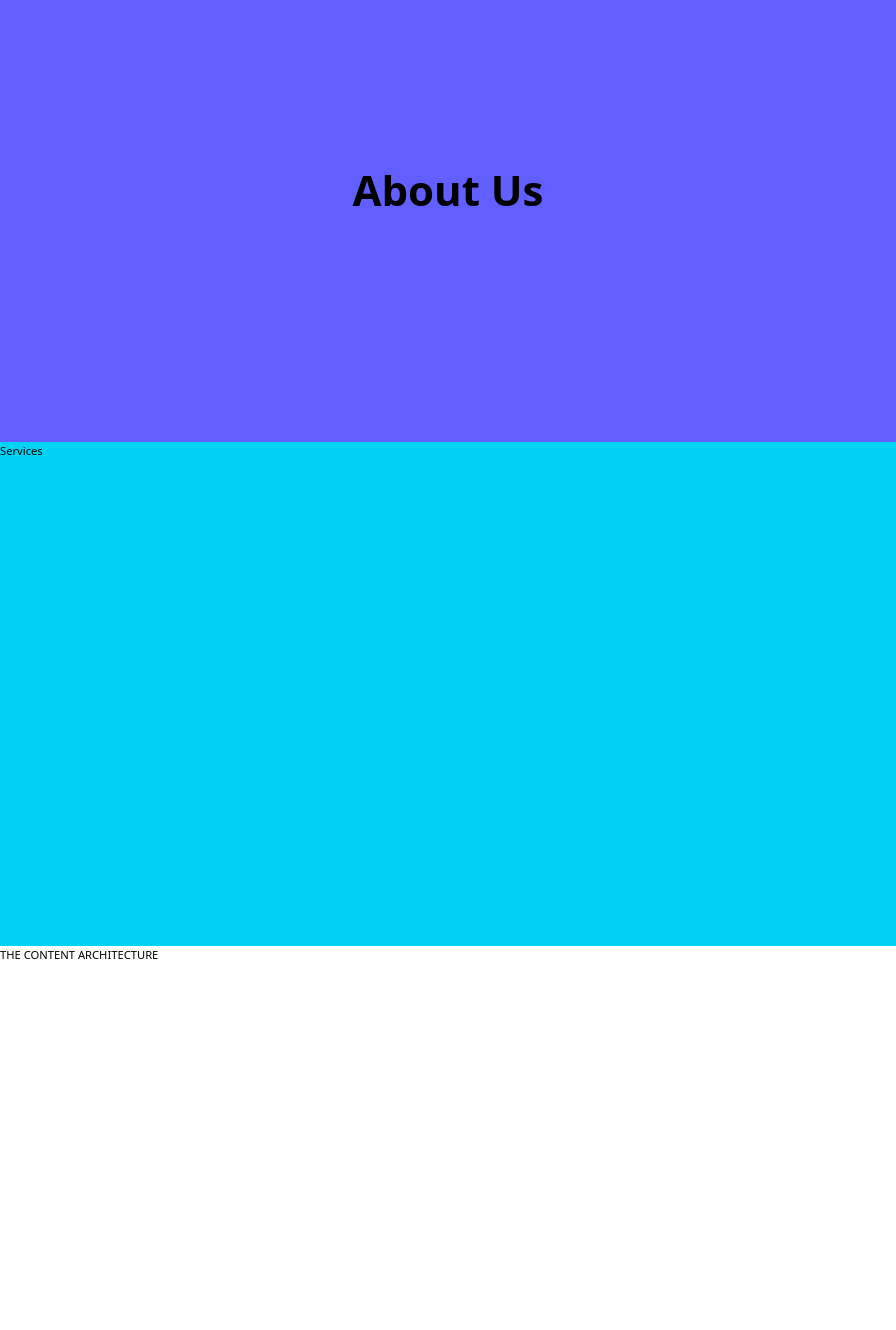
Repository: ajay-maurya-dev/Login
Page: /
An editor plug-in stored every save of this project. The page is shown before and after a run of saves, followed by the edit.
The browser window is 1280 px wide. The pictures show the part of the page from y = 808 to 2708 px (the page is 2880 px tall), at 70% of full size.
Backgrounds fixed to the window are drawn as part of the page. The project was rebuilt for these pictures with package versions that can differ from the ones it lists, and the page was loaded fresh each time. Also part of the build but not shown: vite.config.js.

Above is the page before, as saved 2026-10-24 23:38:05.

After the next 2 saves:
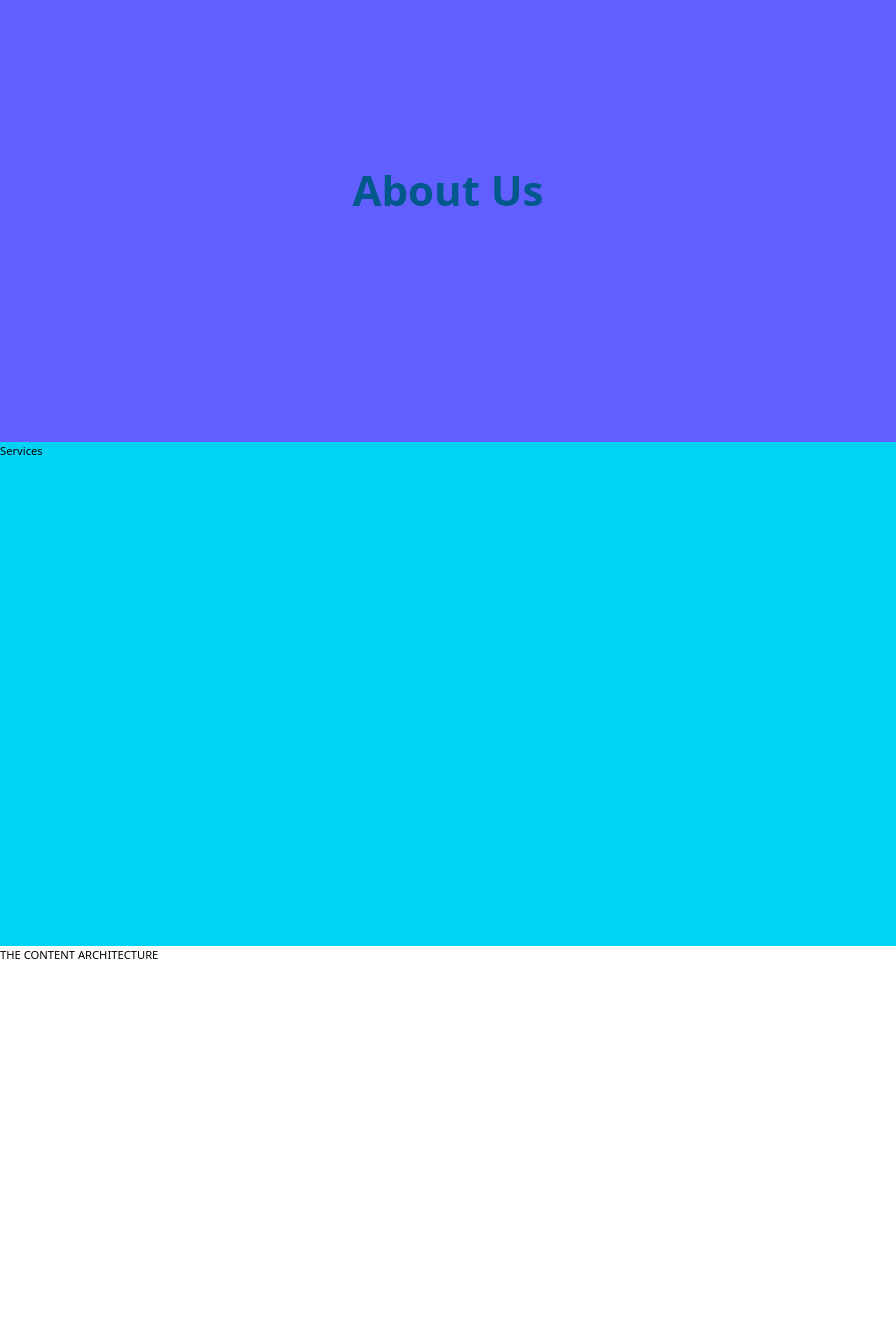
The 2 saves are shown as one change because they came seconds apart.
The last was saved 11 s later.
--- a/src/components/About.jsx
+++ b/src/components/About.jsx
@@ -3,7 +3,7 @@
 function About() {
   return (
     <div className="w-full min-h-screen bg-indigo-500 z-10 text-2xl dark:bg-black dark:text-white bg-fixed flex justify-center items-center">
-        <h4 className="text-6xl font-extrabold text--800">About Us</h4>
+        <h4 className="text-6xl font-extrabold text-sky-800">About Us</h4>
     </div>
   )
 }
